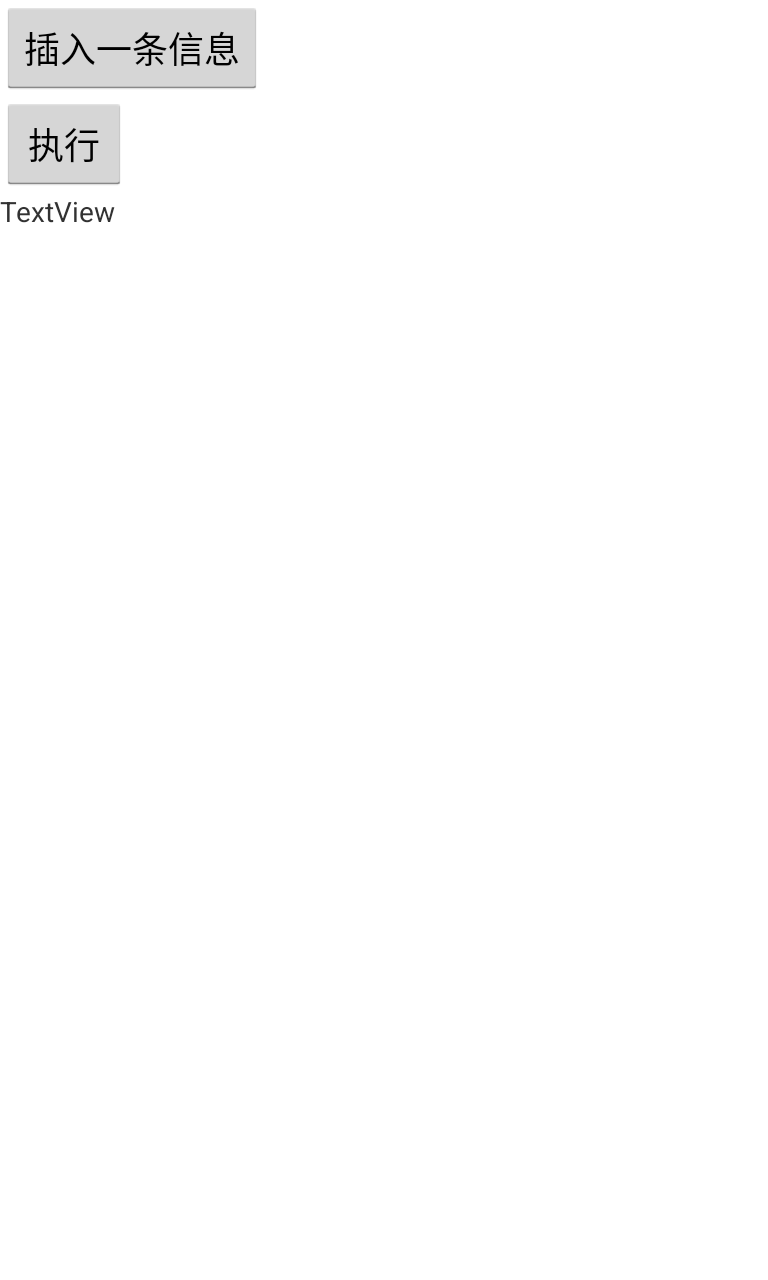
Repository: IvyZh/hm66
Layout: 黑马基础项目/res/layout/activity_fragment.xml
An editor plug-in stored every save of this project. The layout is shown before and after the next save, followed by the edit.
It is drawn on a 768 x 1280 px phone screen (xhdpi) without system bars, with theme AppTheme; the app's code is not run.

Above is the layout before, as saved 2016-05-26 19:26:35.

### 黑马基础项目/res/layout/activity_fragment.xml
<LinearLayout xmlns:android="http://schemas.android.com/apk/res/android"
    xmlns:tools="http://schemas.android.com/tools"
    android:layout_width="match_parent"
    android:layout_height="match_parent"
    android:orientation="vertical" >

    <Button
        android:id="@+id/button1"
        android:layout_width="wrap_content"
        android:layout_height="wrap_content"
        android:onClick="click1"
        android:text="插入一条信息" />

    <Button
        android:id="@+id/bt"
        android:layout_width="wrap_content"
        android:layout_height="wrap_content"
        android:onClick="click"
        android:text="执行" />

    <TextView
        android:id="@+id/tv"
        android:layout_width="wrap_content"
        android:layout_height="wrap_content"
        android:text="TextView" />

</LinearLayout>

Loaded but not shown: 黑马基础项目/res/values/styles.xml (common file); 黑马基础项目/res/values-v11/styles.xml (common file); 黑马基础项目/res/values-v14/styles.xml (common file)

After the next save:
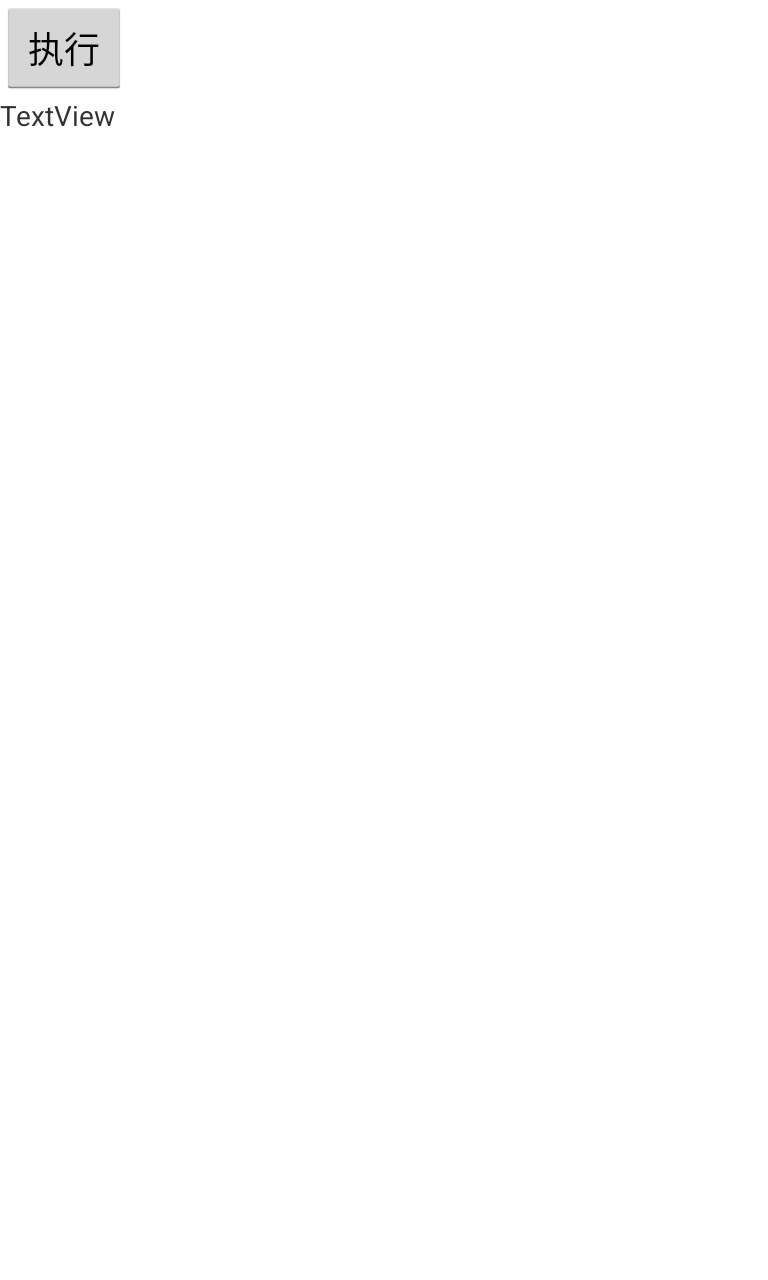
Saved 7 s later.
--- a/黑马基础项目/res/layout/activity_fragment.xml
+++ b/黑马基础项目/res/layout/activity_fragment.xml
@@ -3,13 +3,6 @@
     android:layout_width="match_parent"
     android:layout_height="match_parent"
     android:orientation="vertical" >
-
-    <Button
-        android:id="@+id/button1"
-        android:layout_width="wrap_content"
-        android:layout_height="wrap_content"
-        android:onClick="click1"
-        android:text="插入一条信息" />
 
     <Button
         android:id="@+id/bt"
